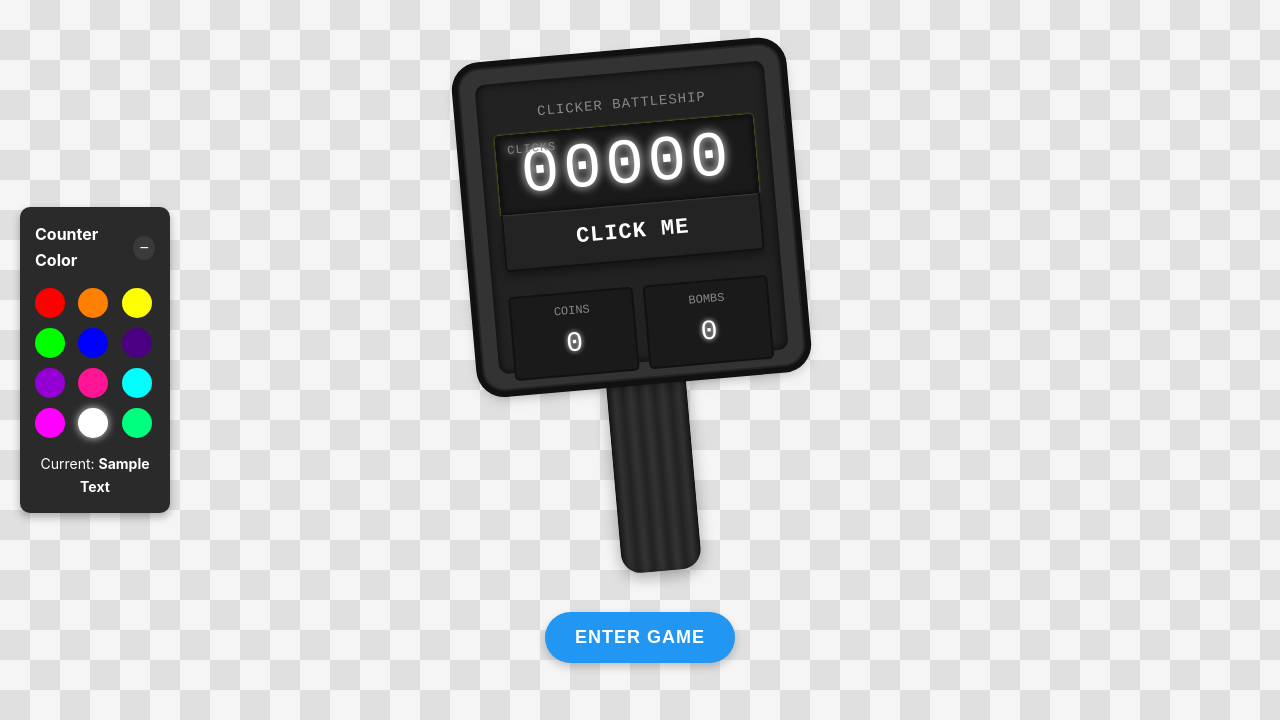
Repository: Moshikol/clicker-battleship
Page: /
An editor plug-in stored every save of this project. The page is shown before and after the next save, followed by the edit.
The browser window is 1280 px wide. The pictures show the whole page.
Some web fonts or font styles are not loaded; a fallback is used. The project was rebuilt for these pictures with package versions that can differ from the ones it lists, and the page was loaded fresh each time. Also part of the build but not shown: webpack.config.js, src/components/clicker/Clicker.module.css, src/components/clicker/Clicker.tsx, src/components/grid/ShipPlacement.module.css, src/components/grid/ShipPlacement.tsx, src/components/grid/Grid.module.css, src/components/grid/Grid.tsx, src/components/game/GameBoard.module.css and 5 more.

Above is the page before, as saved 2025-03-18 20:49:08.

### public/index.html
<!DOCTYPE html>
<html lang="en">
<head>
  <meta charset="UTF-8">
  <meta name="viewport" content="width=device-width, initial-scale=1.0">
  <title>Clicker Battleship</title>
  <link rel="icon" href="favicon.ico" />
</head>
<body>
  <div id="root"></div>
</body>
</html>

### src/App.tsx
import React, { useEffect, useState } from 'react';
import { Provider } from 'react-redux';
import { store } from './store/store';
import { Watch } from './components/watch/Watch';
import { Game } from './components/game/Game';
import { useSelector, useDispatch } from 'react-redux';
import { RootState } from './store/store';
import { autoClickTick } from './store/gameSlice';
import ColorPicker from './components/ui/ColorPicker';
import './styles/global.css';

// Component that handles auto-clicking
const AutoClickHandler: React.FC = () => {
  const dispatch = useDispatch();
  const { upgrades } = useSelector((state: RootState) => state.game);

  // Set up auto-clicker interval
  useEffect(() => {
    const autoClickInterval = setInterval(() => {
      if (upgrades.autoClickersCount > 0) {
        dispatch(autoClickTick());
      }
    }, 1000);

    return () => clearInterval(autoClickInterval);
  }, [dispatch, upgrades.autoClickersCount]);

  return null;
};

// Navigation context
export const NavigationContext = React.createContext({
  navigateTo: (page: string) => {},
  currentPage: 'watch'
});

// Main app with navigation
const AppContent: React.FC = () => {
  const [currentPage, setCurrentPage] = useState('watch');

  const navigateTo = (page: string) => {
    setCurrentPage(page);
  };

  return (
    <NavigationContext.Provider value={{ navigateTo, currentPage }}>
      <AutoClickHandler />
      <ColorPicker />
      {currentPage === 'watch' && <Watch />}
      {currentPage === 'game' && <Game />}
    </NavigationContext.Provider>
  );
};

// Root component with Redux Provider
const App: React.FC = () => {
  return (
    <Provider store={store}>
      <AppContent />
    </Provider>
  );
};

export default App;

### src/store/store.ts
import { configureStore } from '@reduxjs/toolkit';
import gameReducer from './gameSlice';
import { loadGameState, saveGameState, clearGameState } from '../utils/storage';

// Clear any existing saved state to start fresh
clearGameState();

// Load saved state if available (will be null now)
const preloadedState = loadGameState();

export const store = configureStore({
  reducer: {
    game: gameReducer,
  },
  preloadedState: preloadedState ? { game: preloadedState } : undefined,
});

// Subscribe to store changes to save state
store.subscribe(() => {
  saveGameState(store.getState().game);
});

export type AppDispatch = typeof store.dispatch;
export type RootState = ReturnType<typeof store.getState>;

### src/components/watch/Watch.tsx
import React, { useState, useContext } from 'react';
import { useSelector, useDispatch } from 'react-redux';
import { RootState } from '../../store/store';
import { click, earnCoins } from '../../store/gameSlice';
import { NavigationContext } from '../../App';
import styles from './Watch.module.css';

export const Watch: React.FC = () => {
  const dispatch = useDispatch();
  const { resources, stats, counterColor } = useSelector((state: RootState) => state.game);
  const { navigateTo } = useContext(NavigationContext);
  const [isWatchActive, setIsWatchActive] = useState(false);

  // Handle the click on the watch button
  const handleWatchClick = () => {
    dispatch(click());

    // Visual feedback - briefly activate the watch
    setIsWatchActive(true);
    setTimeout(() => setIsWatchActive(false), 200);
  };

  // Format the click counter display
  const formatClickDisplay = () => {
    console.log('Current total clicks:', stats.totalClicks);
    return stats.totalClicks.toString().padStart(5, '0');
  };

  return (
    <div className={styles.watchContainer}>
      <div className={styles.watchOuter}>
        <div className={styles.watchInner}>
          <div className={styles.watchFace}>
            <div className={styles.watchBrand}>CLICKER BATTLESHIP</div>

            <div className={styles.counterSection}>
              <div
                className={`${styles.watchDisplay} ${isWatchActive ? styles.active : ''}`}
                style={{
                  color: counterColor,
                  textShadow: `0 0 10px ${counterColor}`
                }}
              >
                {formatClickDisplay()}
              </div>

              <button
                className={`${styles.watchButton} ${styles.clickButton}`}
                onClick={handleWatchClick}
              >
                CLICK ME
              </button>
            </div>

            <div className={styles.watchStats}>
              <div className={styles.statItem}>
                <span className={styles.statLabel}>COINS</span>
                <span className={styles.statValue} style={{
                  color: counterColor,
                  textShadow: `0 0 5px ${counterColor}`
                }}>{resources.coins}</span>
              </div>
              <div className={styles.statItem}>
                <span className={styles.statLabel}>BOMBS</span>
                <span className={styles.statValue} style={{
                  color: counterColor,
                  textShadow: `0 0 5px ${counterColor}`
                }}>{resources.bombs}</span>
              </div>
            </div>
          </div>
        </div>
        <div className={styles.watchStrap}></div>
      </div>
      <div className={styles.gameNav}>
        <button
          className={styles.navButton}
          onClick={() => navigateTo('game')}
        >
          ENTER GAME
        </button>
      </div>
    </div>
  );
};

### src/components/ui/ColorPicker.tsx
import React, { useEffect, useState } from 'react';
import { useDispatch, useSelector } from 'react-redux';
import { RootState } from '../../store/store';
import { setCounterColor } from '../../store/gameSlice';
import styles from './ColorPicker.module.css';

// Define more visible colors
const COLORS = [
  '#FF0000', // Red
  '#FF7F00', // Orange
  '#FFFF00', // Yellow
  '#00FF00', // Green
  '#0000FF', // Blue
  '#4B0082', // Indigo
  '#9400D3', // Violet
  '#FF1493', // Deep Pink
  '#00FFFF', // Cyan
  '#FF00FF', // Magenta
  '#FFFFFF', // White
  '#00FF7F', // Spring Green
];

const ColorPicker: React.FC = () => {
  const dispatch = useDispatch();
  const currentColor = useSelector((state: RootState) => state.game.counterColor);
  const [isExpanded, setIsExpanded] = useState(true);

  // Log the current color for debugging
  useEffect(() => {
    console.log('ColorPicker - Current color in Redux store:', currentColor);
  }, [currentColor]);

  const handleColorSelect = (color: string) => {
    console.log('ColorPicker - Setting color to:', color);
    dispatch(setCounterColor(color));
  };

  const toggleExpanded = () => {
    setIsExpanded(!isExpanded);
  };

  return (
    <div className={`${styles.colorPicker} ${!isExpanded ? styles.collapsed : ''}`}>
      <div className={styles.header}>
        <h3 className={styles.title}>Counter Color</h3>
        <button
          className={styles.toggleButton}
          onClick={toggleExpanded}
          aria-label={isExpanded ? "Collapse color picker" : "Expand color picker"}
        >
          {isExpanded ? '−' : '+'}
        </button>
      </div>

      {isExpanded && (
        <>
          <div className={styles.colorGrid}>
            {COLORS.map((color, index) => (
              <div
                key={index}
                className={`${styles.colorOption} ${color === currentColor ? styles.selected : ''}`}
                style={{ backgroundColor: color }}
                onClick={() => handleColorSelect(color)}
                title={color}
              />
            ))}
          </div>
          <div className={styles.currentColor}>
            <span>Current: </span>
            <span style={{ color: currentColor, fontWeight: 'bold' }}>Sample Text</span>
          </div>
        </>
      )}
    </div>
  );
};

export default ColorPicker;

### src/styles/global.css
* {
  margin: 0;
  padding: 0;
  box-sizing: border-box;
}

body {
  font-family: -apple-system, BlinkMacSystemFont, 'Segoe UI', Roboto, Oxygen,
    Ubuntu, Cantarell, 'Open Sans', 'Helvetica Neue', sans-serif;
  line-height: 1.6;
  background-color: #f0f2f5;
  color: #333;
  overflow-x: hidden;
}

/* Digital font for watch display */
.digital-font {
  font-family: 'Digital-7', monospace;
}

button {
  cursor: pointer;
  border: none;
  outline: none;
}

a {
  text-decoration: none;
  color: inherit;
}

h1, h2, h3, h4, h5, h6 {
  margin-bottom: 0.5rem;
}

/* Utility classes */
.text-center {
  text-align: center;
}

.container {
  max-width: 1200px;
  margin: 0 auto;
  padding: 0 1rem;
}

/* Responsive adjustments */
@media (max-width: 768px) {
  .container {
    padding: 0 0.5rem;
  }
}

@media (max-width: 480px) {
  html {
    font-size: 14px;
  }
}

.app {
  min-height: 100vh;
  display: flex;
  flex-direction: column;
}

header {
  text-align: center;
  padding: 2rem;
  background-color: #2196f3;
  color: white;
}

h1 {
  font-size: 2.5rem;
  margin-bottom: 0.5rem;
}

main {
  flex: 1;
  padding: 2rem;
}

.game-container {
  max-width: 1200px;
  margin: 0 auto;
}

footer {
  text-align: center;
  padding: 1.5rem;
  background-color: #333;
  color: white;
  margin-top: 2rem;
}

/* Tabs */
.tabs {
  display: flex;
  margin-bottom: 2rem;
  border-bottom: 1px solid #ddd;
}

.tab {
  padding: 1rem 2rem;
  background: none;
  border: none;
  border-bottom: 3px solid transparent;
  font-size: 1rem;
  font-weight: bold;
  color: #666;
  transition: all 0.3s;
}

.tab.active {
  color: #2196f3;
  border-bottom-color: #2196f3;
}

.tab:hover:not(.active) {
  color: #1976d2;
  border-bottom-color: #bbdefb;
}

/* Responsive adjustments */
@media (max-width: 768px) {
  .game-container {
    padding: 0 1rem;
  }

  h1 {
    font-size: 2rem;
  }
}

@media (max-width: 480px) {
  header {
    padding: 1.5rem;
  }

  h1 {
    font-size: 1.75rem;
  }

  main {
    padding: 1rem;
  }
}

### src/utils/storage.ts
import { GameState } from '../store/types';

const STORAGE_KEY = 'clicker_battleship_game_state';
const LEADERBOARD_KEY = 'clicker_battleship_leaderboard';

export interface LeaderboardEntry {
  playerName: string;
  score: number;
  date: string;
  shipsSunk: number;
  bombsLaunched: number;
  hitsLanded: number;
}

export const saveGameState = (state: GameState): void => {
  try {
    localStorage.setItem(STORAGE_KEY, JSON.stringify(state));
  } catch (error) {
    console.error('Failed to save game state:', error);
  }
};

export const loadGameState = (): GameState | null => {
  try {
    const savedState = localStorage.getItem(STORAGE_KEY);
    if (savedState) {
      return JSON.parse(savedState);
    }
  } catch (error) {
    console.error('Failed to load game state:', error);
  }
  return null;
};

export const clearGameState = (): void => {
  try {
    localStorage.removeItem(STORAGE_KEY);
  } catch (error) {
    console.error('Failed to clear game state:', error);
  }
};

export const saveToLeaderboard = (entry: LeaderboardEntry): void => {
  try {
    const leaderboard = getLeaderboard();
    leaderboard.push(entry);

    // Sort by score in descending order
    leaderboard.sort((a, b) => b.score - a.score);

    // Keep only top 10 entries
    const topEntries = leaderboard.slice(0, 10);

    localStorage.setItem(LEADERBOARD_KEY, JSON.stringify(topEntries));
  } catch (error) {
    console.error('Failed to save to leaderboard:', error);
  }
};

export const getLeaderboard = (): LeaderboardEntry[] => {
  try {
    const leaderboard = localStorage.getItem(LEADERBOARD_KEY);
    if (leaderboard) {
      return JSON.parse(leaderboard);
    }
  } catch (error) {
    console.error('Failed to get leaderboard:', error);
  }
  return [];
};

export const calculateScore = (state: GameState): number => {
  // Calculate score based on various factors
  const resourceScore = state.resources.coins * 0.1;
  const upgradeScore =
    state.upgrades.clickMultiplier * 50 +
    state.upgrades.autoClickersCount * 100 +
    state.upgrades.bombEfficiency * 200 +
    state.upgrades.shieldStrength * 150;
  const statsScore =
    state.stats.hitsLanded * 20 +
    state.stats.shipsSunk * 100 -
    state.stats.bombsLaunched * 5;

  return Math.floor(resourceScore + upgradeScore + statsScore);
};

### src/components/watch/Watch.module.css
.watchContainer {
  display: flex;
  flex-direction: column;
  align-items: center;
  justify-content: center;
  min-height: 100vh;
  padding: 2rem;
  background-color: #f5f5f5;
  background-image: linear-gradient(45deg, #e0e0e0 25%, transparent 25%, transparent 75%, #e0e0e0 75%, #e0e0e0),
                    linear-gradient(45deg, #e0e0e0 25%, transparent 25%, transparent 75%, #e0e0e0 75%, #e0e0e0);
  background-size: 60px 60px;
  background-position: 0 0, 30px 30px;
}

.watchOuter {
  width: 320px;
  margin: 0 auto;
  display: flex;
  flex-direction: column;
  align-items: center;
  transform: rotate(-5deg);
  transition: transform 0.3s ease;
}

.watchOuter:hover {
  transform: rotate(0deg);
}

.watchInner {
  width: 100%;
  height: 320px;
  background-color: #333;
  border-radius: 20px;
  padding: 15px;
  box-shadow:
    0 0 0 2px #222,
    0 0 0 8px #111,
    0 5px 15px rgba(0, 0, 0, 0.5);
  position: relative;
}

.watchFace {
  width: 100%;
  height: 100%;
  background-color: #222;
  border-radius: 10px;
  display: flex;
  flex-direction: column;
  align-items: center;
  justify-content: space-between;
  padding: 20px 15px;
  cursor: pointer;
  box-shadow: inset 0 0 10px rgba(0, 0, 0, 0.8);
}

.watchBrand {
  font-family: 'Digital-7', monospace, 'Courier New';
  font-size: 14px;
  color: #888;
  text-transform: uppercase;
  letter-spacing: 1px;
  margin-bottom: 10px;
}

.watchDisplay {
  width: 100%;
  height: 80px;
  background-color: #1a1a1a;
  border-radius: 5px 5px 0 0;
  display: flex;
  align-items: center;
  justify-content: center;
  font-family: 'Digital-7', monospace, 'Courier New';
  font-size: 64px;
  font-weight: normal;
  color: #ffff00; /* Bright yellow like in the image */
  text-shadow: 0 0 10px rgba(255, 255, 0, 0.8);
  box-shadow:
    inset 0 0 5px rgba(0, 0, 0, 0.8),
    0 0 2px rgba(255, 255, 0, 0.4);
  transition: all 0.1s ease;
  border: 2px solid #111;
  border-bottom: none;
  padding: 5px;
  letter-spacing: 4px;
  position: relative;
  overflow: hidden;
}

.watchDisplay::before {
  content: 'CLICKS';
  position: absolute;
  top: 5px;
  left: 10px;
  font-size: 12px;
  color: #888;
  text-transform: uppercase;
  letter-spacing: 1px;
}

.watchDisplay.active {
  color: #ffff33; /* Slightly brighter yellow when active */
  text-shadow: 0 0 15px rgba(255, 255, 0, 1);
}

.watchStats {
  width: 100%;
  display: flex;
  justify-content: space-between;
  margin-top: 15px;
}

.statItem {
  display: flex;
  flex-direction: column;
  align-items: center;
  background-color: #1a1a1a;
  border-radius: 5px;
  padding: 8px 10px;
  border: 2px solid #111;
  width: 48%;
}

.statLabel {
  font-family: 'Digital-7', monospace, 'Courier New';
  font-size: 12px;
  color: #888;
  text-transform: uppercase;
}

.statValue {
  font-family: 'Digital-7', monospace, 'Courier New';
  font-size: 28px;
  font-weight: normal;
  color: #ffff00; /* Matching the counter color */
  text-shadow: 0 0 8px rgba(255, 255, 0, 0.7);
}

.watchButton {
  background-color: #444;
  color: #ccc;
  border: none;
  border-radius: 5px;
  padding: 5px 10px;
  font-size: 12px;
  font-family: Arial, sans-serif;
  text-transform: uppercase;
  cursor: pointer;
  box-shadow:
    0 2px 4px rgba(0, 0, 0, 0.3),
    inset 0 1px 1px rgba(255, 255, 255, 0.1);
  transition: all 0.2s ease;
}

.watchButton:hover {
  background-color: #555;
}

.watchButton:active {
  background-color: #333;
  box-shadow:
    0 1px 2px rgba(0, 0, 0, 0.3),
    inset 0 1px 1px rgba(0, 0, 0, 0.2);
  transform: translateY(1px);
}

.counterSection {
  display: flex;
  flex-direction: column;
  align-items: center;
  width: 100%;
  margin-bottom: 10px;
}

.clickButton {
  width: 100%;
  background-color: #1a1a1a;
  color: white;
  font-size: 22px;
  font-weight: bold;
  padding: 15px 0;
  border-radius: 0 0 5px 5px;
  box-shadow:
    0 4px 8px rgba(0, 0, 0, 0.4),
    inset 0 1px 1px rgba(255, 255, 255, 0.1);
  position: relative;
  overflow: hidden;
  border: 2px solid #111;
  border-top: none;
  animation: pulse 1.5s infinite;
  margin-top: 0;
  font-family: 'Digital-7', monospace, 'Courier New';
  letter-spacing: 1px;
}

@keyframes pulse {
  0% {
    background-color: #1a1a1a;
  }
  50% {
    background-color: #2c2c2c;
  }
  100% {
    background-color: #1a1a1a;
  }
}

.clickButton::before {
  content: '';
  position: absolute;
  top: 0;
  left: 0;
  right: 0;
  bottom: 0;
  background: linear-gradient(to bottom,
    rgba(50, 205, 50, 0.1) 0%,
    rgba(50, 205, 50, 0.05) 50%,
    rgba(50, 205, 50, 0) 100%);
  opacity: 0;
  transition: opacity 0.3s;
}

.clickButton:hover::before {
  opacity: 1;
}

.clickButton:hover {
  color: #39FF14;
  text-shadow: 0 0 5px rgba(57, 255, 20, 0.7);
  animation-play-state: paused;
}

.clickButton:active {
  background-color: #111;
  box-shadow:
    0 2px 4px rgba(0, 0, 0, 0.3),
    inset 0 1px 3px rgba(0, 0, 0, 0.4);
  transform: translateY(1px);
  animation-play-state: paused;
  color: #39FF14;
  text-shadow: 0 0 10px rgba(57, 255, 20, 0.9);
}

.watchStrap {
  width: 80px;
  height: 200px;
  background-color: #222;
  margin-top: -5px;
  border-radius: 0 0 20px 20px;
  box-shadow:
    inset 0 5px 10px rgba(0, 0, 0, 0.8),
    0 5px 15px rgba(0, 0, 0, 0.3);
  background-image: linear-gradient(90deg,
    #222 0%, #333 10%,
    #222 20%, #333 30%,
    #222 40%, #333 50%,
    #222 60%, #333 70%,
    #222 80%, #333 90%,
    #222 100%);
}

.gameNav {
  margin-top: 40px;
  text-align: center;
}

.navButton {
  background-color: #2196F3;
  color: white;
  border: none;
  border-radius: 30px;
  padding: 15px 30px;
  font-size: 18px;
  font-weight: bold;
  cursor: pointer;
  box-shadow: 0 4px 8px rgba(0, 0, 0, 0.2);
  transition: all 0.3s ease;
  text-transform: uppercase;
  letter-spacing: 1px;
}

.navButton:hover {
  background-color: #1976D2;
  box-shadow: 0 6px 12px rgba(0, 0, 0, 0.3);
  transform: translateY(-2px);
}

.navButton:active {
  background-color: #0D47A1;
  box-shadow: 0 2px 4px rgba(0, 0, 0, 0.2);
  transform: translateY(1px);
}

/* Add Digital-7 font */
@font-face {
  font-family: 'Digital-7';
  src: url('https://fonts.cdnfonts.com/css/digital-7-mono') format('woff2');
  font-weight: normal;
  font-style: normal;
}

/* Media queries for responsiveness */
@media (max-width: 480px) {
  .watchOuter {
    width: 280px;
  }

  .watchInner {
    height: 280px;
  }

  .watchDisplay {
    font-size: 36px;
    height: 60px;
  }

  .statValue {
    font-size: 16px;
  }
}

.colorPickerContainer {
  width: 100%;
  margin-top: 15px;
  background-color: #1a1a1a;
  border-radius: 5px;
  padding: 10px;
  border: 2px solid #111;
}

.colorPickerContainer :global(.colorPicker) {
  background-color: transparent;
  box-shadow: none;
  padding: 0;
  margin-bottom: 0;
  position: static;
  transform: none;
  width: 100%;
}

.colorPickerContainer :global(.title) {
  color: #888;
  font-size: 12px;
  margin-bottom: 8px;
}

.colorPickerContainer :global(.colorOption) {
  width: 20px;
  height: 20px;
}

@media (max-width: 480px) {
  .colorPickerContainer {
    padding: 5px;
  }

  .colorPickerContainer :global(.colorOption) {
    width: 15px;
    height: 15px;
  }
}

### src/components/ui/ColorPicker.module.css
.colorPicker {
  position: fixed;
  left: 20px;
  top: 50%;
  transform: translateY(-50%);
  background-color: #2a2a2a;
  border-radius: 10px;
  padding: 15px;
  box-shadow: 0 4px 8px rgba(0, 0, 0, 0.3);
  z-index: 100;
  width: 150px;
  transition: all 0.3s ease;
}

.colorPicker:hover {
  transform: translateY(-50%) translateX(5px);
}

.header {
  display: flex;
  justify-content: space-between;
  align-items: center;
  margin-bottom: 15px;
}

.title {
  color: #ffffff;
  font-size: 16px;
  margin: 0;
  text-align: left;
}

.toggleButton {
  background-color: #3a3a3a;
  color: white;
  border: none;
  border-radius: 50%;
  width: 24px;
  height: 24px;
  font-size: 16px;
  display: flex;
  align-items: center;
  justify-content: center;
  cursor: pointer;
  transition: background-color 0.2s;
  padding: 0;
  line-height: 1;
}

.toggleButton:hover {
  background-color: #505050;
}

.collapsed {
  width: auto;
  min-width: 100px;
  padding: 10px;
}

.colorGrid {
  display: grid;
  grid-template-columns: repeat(3, 1fr);
  grid-gap: 10px;
  margin-bottom: 15px;
}

.colorOption {
  width: 30px;
  height: 30px;
  border-radius: 50%;
  cursor: pointer;
  transition: transform 0.2s, box-shadow 0.2s;
  border: 2px solid transparent;
}

.colorOption:hover {
  transform: scale(1.1);
  box-shadow: 0 0 8px rgba(255, 255, 255, 0.5);
}

.selected {
  border: 2px solid #ffffff;
  box-shadow: 0 0 8px rgba(255, 255, 255, 0.8);
}

.currentColor {
  margin-top: 10px;
  text-align: center;
  color: #ffffff;
  font-size: 14px;
}

@media (max-width: 768px) {
  .colorPicker {
    left: 10px;
    padding: 10px;
    width: 120px;
  }

  .colorGrid {
    grid-template-columns: repeat(3, 1fr);
    grid-gap: 8px;
  }

  .colorOption {
    width: 25px;
    height: 25px;
  }

  .title {
    font-size: 14px;
    margin-bottom: 10px;
  }

  .toggleButton {
    width: 20px;
    height: 20px;
    font-size: 14px;
  }
}

@media (max-width: 480px) {
  .colorPicker {
    left: 5px;
    padding: 8px;
    width: 100px;
  }

  .colorGrid {
    grid-gap: 6px;
  }

  .colorOption {
    width: 20px;
    height: 20px;
  }

  .title {
    font-size: 12px;
    margin-bottom: 8px;
  }

  .toggleButton {
    width: 18px;
    height: 18px;
    font-size: 12px;
  }
}

Loaded but not shown: src/index.tsx (common file); src/store/gameSlice.ts (635 lines, source omitted)

After the next save:
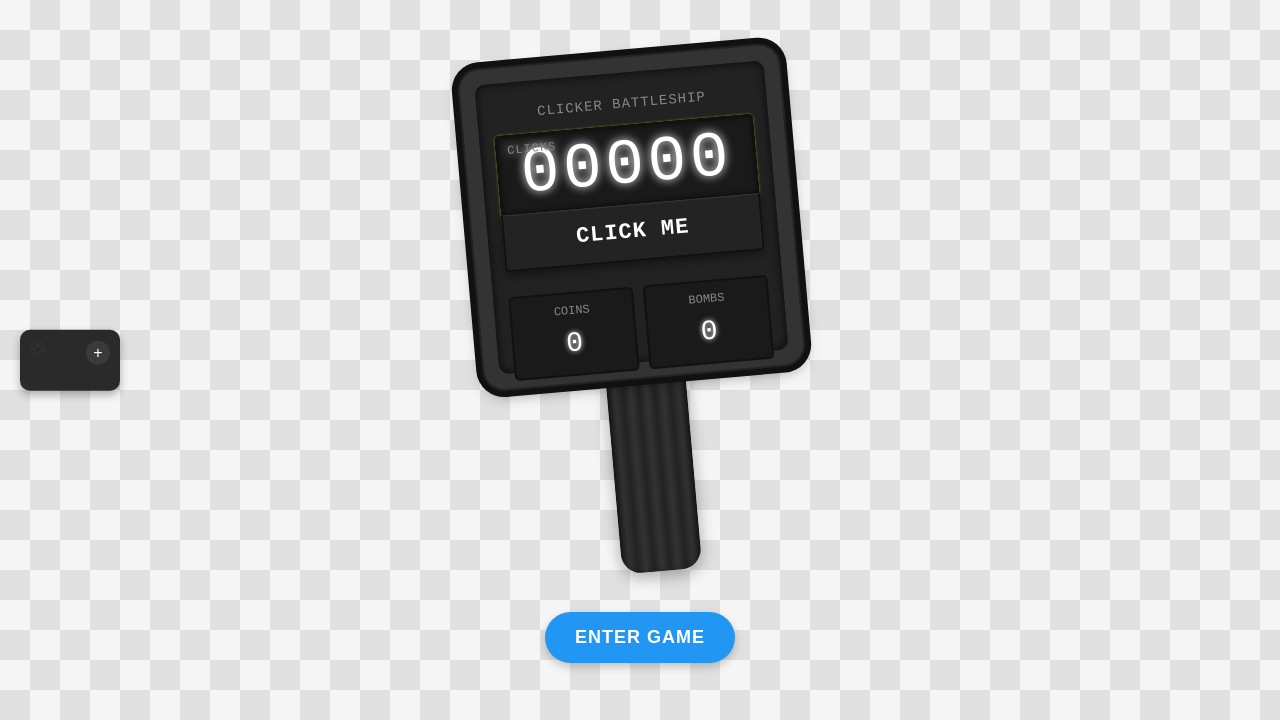
Saved 2 min 47 s later.
--- a/src/components/ui/ColorPicker.tsx
+++ b/src/components/ui/ColorPicker.tsx
@@ -23,7 +23,7 @@ const COLORS = [
 const ColorPicker: React.FC = () => {
   const dispatch = useDispatch();
   const currentColor = useSelector((state: RootState) => state.game.counterColor);
-  const [isExpanded, setIsExpanded] = useState(true);
+  const [isExpanded, setIsExpanded] = useState(false);
 
   // Log the current color for debugging
   useEffect(() => {
@@ -39,10 +39,29 @@ const ColorPicker: React.FC = () => {
     setIsExpanded(!isExpanded);
   };
 
+  // SVG icon for the color palette when collapsed
+  const ColorPaletteIcon = () => (
+    <svg xmlns="http://www.w3.org/2000/svg" width="16" height="16" fill="currentColor" viewBox="0 0 16 16" className={styles.paletteIcon}>
+      <path d="M8 5a1.5 1.5 0 1 0 0-3 1.5 1.5 0 0 0 0 3zm4 3a1.5 1.5 0 1 0 0-3 1.5 1.5 0 0 0 0 3zM5.5 7a1.5 1.5 0 1 1-3 0 1.5 1.5 0 0 1 3 0zm.5 6a1.5 1.5 0 1 0 0-3 1.5 1.5 0 0 0 0 3z"/>
+      <path d="M16 8c0 3.15-1.866 2.585-3.567 2.07C11.42 9.763 10.465 9.473 10 10c-.603.683-.475 1.819-.351 2.92C9.826 14.495 9.996 16 8 16a8 8 0 1 1 8-8zm-8 7c.611 0 .654-.171.655-.176.078-.146.124-.464.07-1.119-.014-.168-.037-.37-.061-.591-.052-.464-.112-1.005-.118-1.462-.01-.707.083-1.61.704-2.314.369-.417.845-.578 1.272-.618.404-.038.812.026 1.16.104.343.077.702.186 1.025.284l.028.008c.346.105.658.199.953.266.653.148.904.083.991.024C14.717 9.38 15 9.161 15 8a7 7 0 1 0-7 7z"/>
+    </svg>
+  );
+
   return (
     <div className={`${styles.colorPicker} ${!isExpanded ? styles.collapsed : ''}`}>
       <div className={styles.header}>
-        <h3 className={styles.title}>Counter Color</h3>
+        {isExpanded ? (
+          <h3 className={styles.title}>Counter Color</h3>
+        ) : (
+          <div className={styles.collapsedIcon}>
+            <ColorPaletteIcon />
+            <div
+              className={styles.currentColorDot}
+              style={{ backgroundColor: currentColor }}
+              title="Current color"
+            />
+          </div>
+        )}
         <button
           className={styles.toggleButton}
           onClick={toggleExpanded}
